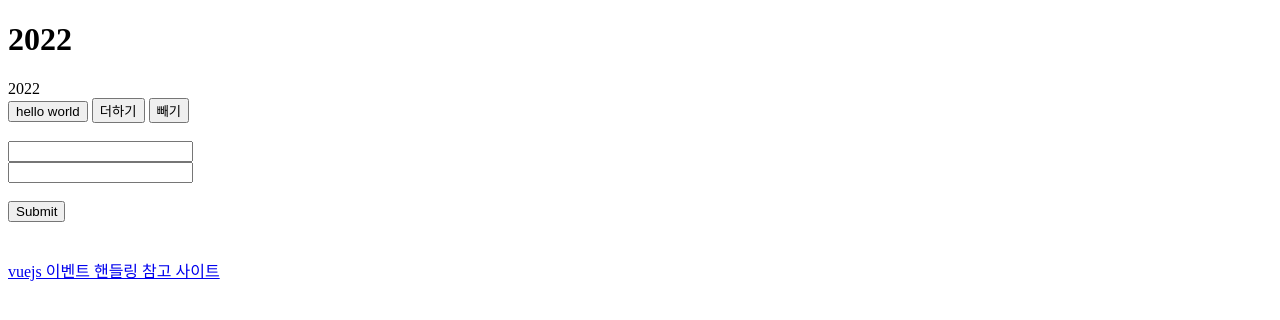
Repository: RyuGeunHwan/code_J
Page: Vuejs/22-08-09 vuejs 양방향 바인딩.html
These files come from the project's save history. The page is drawn as it stood at one moment and after the next save; the edit follows.
The browser window is 1280 px wide. The pictures show the whole page.

Above is the page before, as saved 2022-08-09 15:08:01.

After the next save:
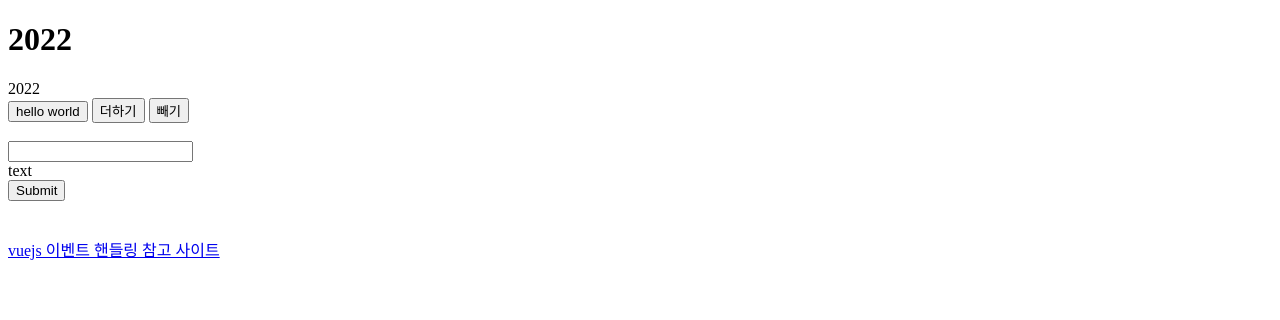
Saved 83 s later.
--- a/Vuejs/22-08-09 vuejs 양방향 바인딩.html
+++ b/Vuejs/22-08-09 vuejs 양방향 바인딩.html
@@ -34,8 +34,7 @@
         <form v-on:submit.prevent="submit">
             <input :type="type"><br>
             <!-- inputbox 미리보기 -->
-            <input :type="type"><br>
-            {{text}} <br>
+            {{ type }} <br>
             <button type="submit">Submit</button>
         </form>
         <br>
